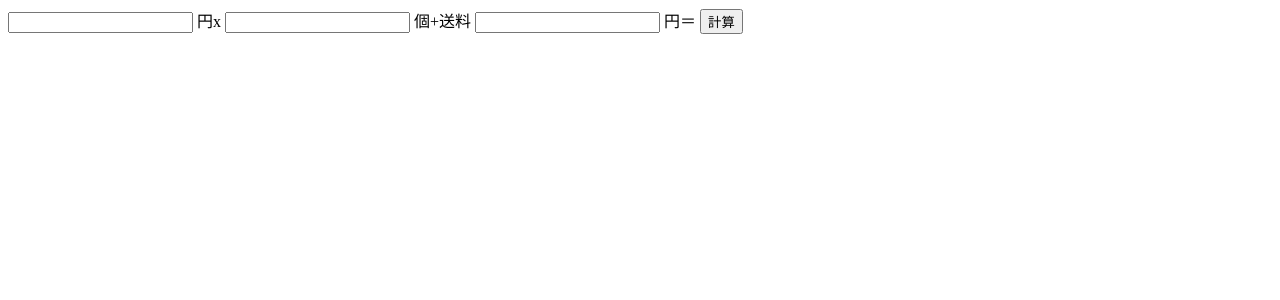
Repository: gjp373/test
Page: http://localhost/HelloJSP/
An editor plug-in stored every save of this project. The page is shown before and after the next save, followed by the edit.
The browser window is 1280 px wide. The pictures show the whole page.
The page is served by Tomcat 9.

Above is the page before, as saved 2018-03-07 05:45:16.

After the next save:
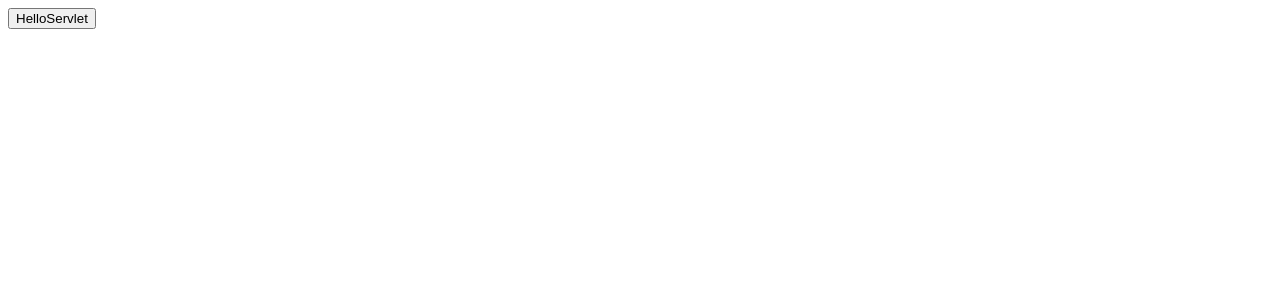
Console error (its wording comes from the project's code and is left out).
Saved 2 min 2 s later.
--- a/HelloJSP/WebContent/index.jsp
+++ b/HelloJSP/WebContent/index.jsp
@@ -9,20 +9,7 @@
 <body>
 
 
-<form method="post" action="total-out.jsp">
-<input type="text" name="price">
-円x
-<input type="text" name="count">
-個+送料
-<input type="text" name="delivery">
-円＝
-<input type="submit" value="計算">
-
-</form>
-
-
-
-
+<input type="button" value="HelloServlet" onClick="location.href="HelloServlet">
 
 </body>
 </html>
